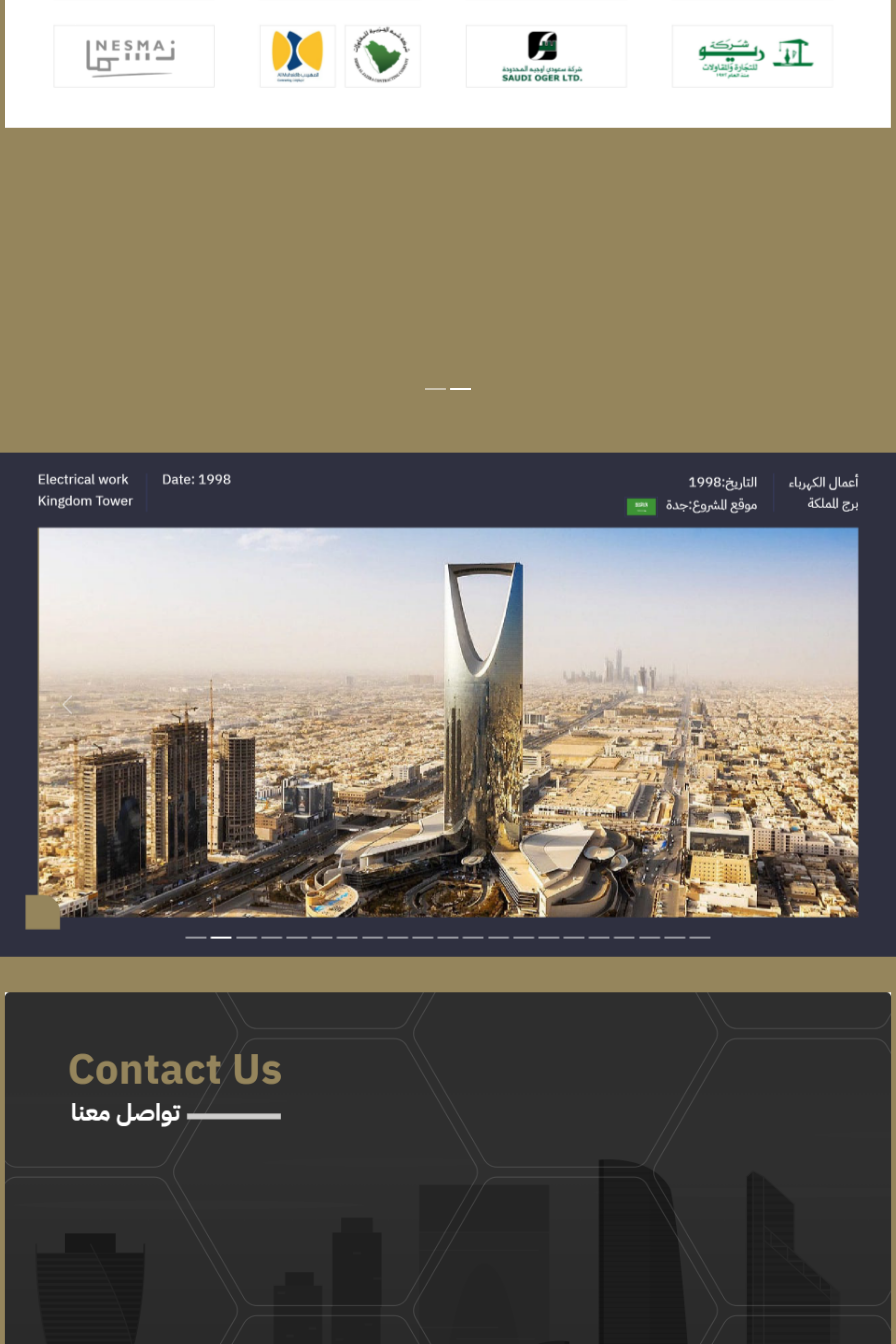
Repository: shahzaibrehman123/hasad-holding
Page: /
An editor plug-in stored every save of this project. The page is shown before and after the next save, followed by the edit.
The browser window is 1280 px wide. The pictures show the part of the page from y = 3701 to 5621 px (the page is 5831 px tall before and 6311 px after), at 70% of full size.
The project was rebuilt for these pictures with package versions that can differ from the ones it lists, and the page was loaded fresh each time.

Above is the page before, as saved 2023-11-07 18:33:57.

After the next save:
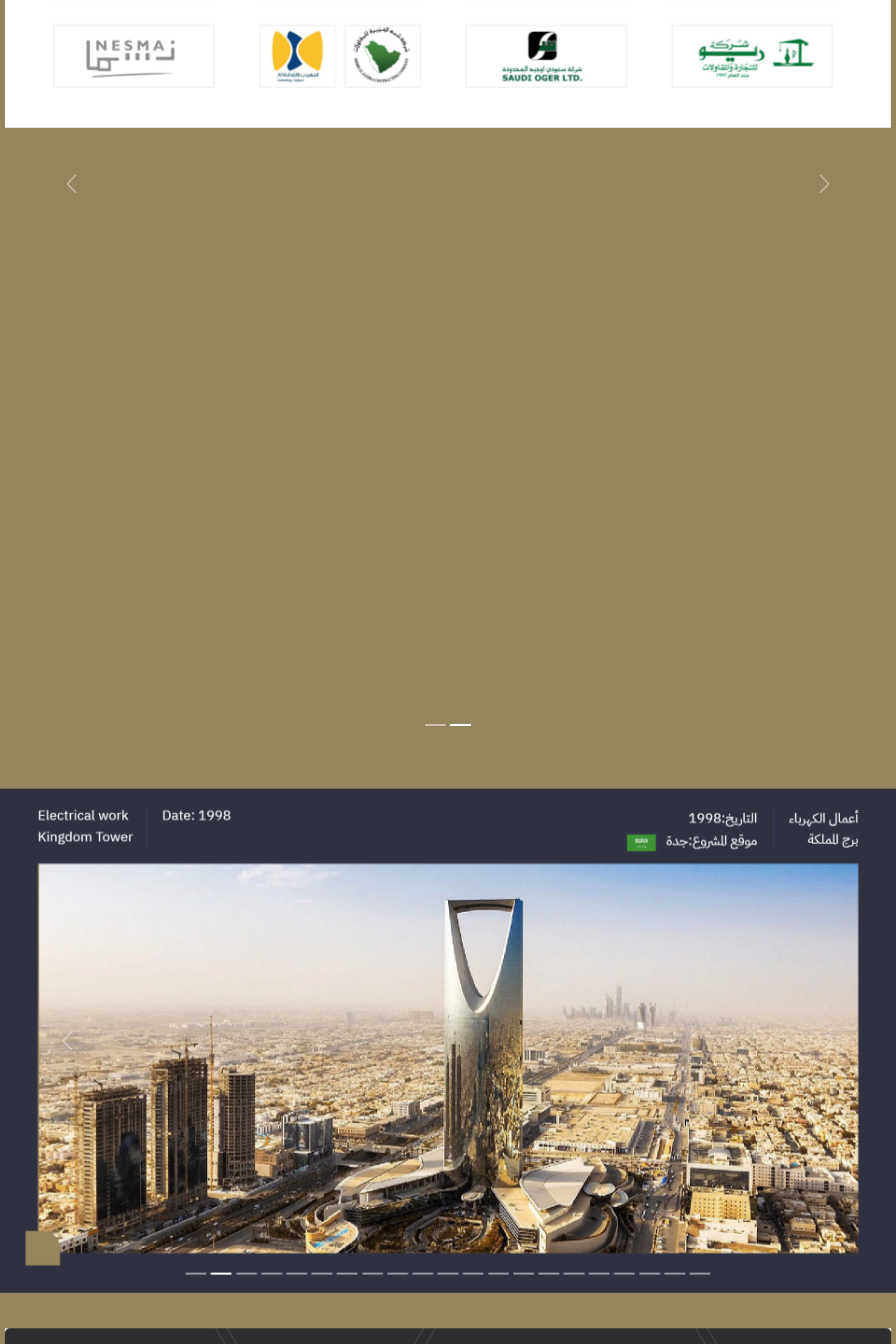
Saved 9 s later.
--- a/src/components/ClientAndPartners/style.css
+++ b/src/components/ClientAndPartners/style.css
@@ -1,6 +1,6 @@
 .cp-container{
     margin:0px 7px 5% 7px;
-    height: 70rem;
+    height: 100rem;
 }
 .img-responsive {
     width: 100%;
